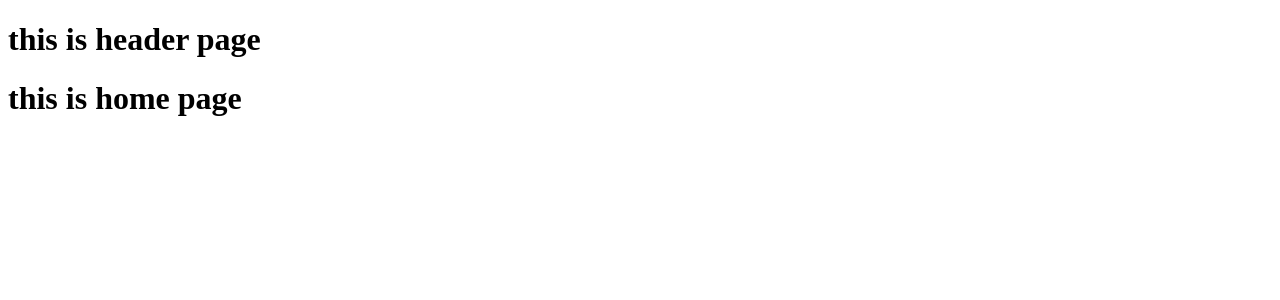
Repository: mdrubel02/CarPlayground-client-site
Page: /
An editor plug-in stored every save of this project. The page is shown before and after the next save, followed by the edit.
The browser window is 1280 px wide. The pictures show the whole page.
The project was rebuilt for these pictures with package versions that can differ from the ones it lists, and the page was loaded fresh each time. Also part of the build but not shown: vite.config.js.

Above is the page before, as saved 2023-05-19 10:39:48.

### src/main.jsx
import React from 'react'
import ReactDOM from 'react-dom/client'
import { ToastContainer, toast } from 'react-toastify';
import 'react-toastify/dist/ReactToastify.css';
import { RouterProvider } from 'react-router-dom';
import router from './Layout/Route/router';

ReactDOM.createRoot(document.getElementById('root')).render(
  <React.StrictMode>
     <ToastContainer position='top-center'/>
   <RouterProvider router={router}/>
  </React.StrictMode>,
)

### src/Layout/Route/router.jsx
import { createBrowserRouter } from "react-router-dom";
import Main from "../Main";
import Home from "../../Pages/Home/Home";



const router = createBrowserRouter([{
    path: '/',
    element: <Main />,
    children: [
        {path: '/',element:<Home/>},
        {path: '/home',element:<Home/>},
    ]
}]);
export default router;

### src/Layout/Main.jsx
import React from 'react';
import Header from '../Shared/Header/Header';
import { Outlet } from 'react-router-dom';

const Main = () => {
    return (
        <div>
           <Header />
           <Outlet />
        </div>
    );
};

export default Main;

### src/Pages/Home/Home.jsx
import React from 'react';

const Home = () => {
    return (
        <div>
            <h1>this is home page</h1>
        </div>
    );
};

export default Home;

### src/Shared/Header/Header.jsx
import React from 'react';

const Header = () => {
    return (
        <div>
            <h1>this is header page</h1>
        </div>
    );
};

export default Header;

Loaded but not shown: index.html (common file)

After the next save:
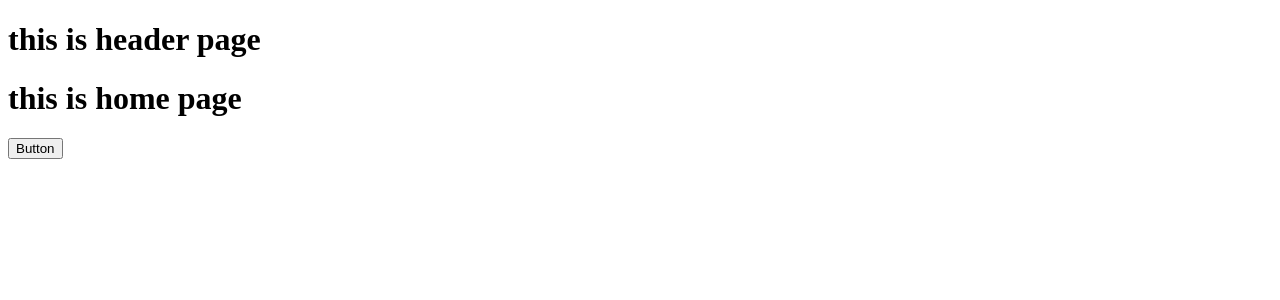
Saved 2 min 29 s later.
--- a/src/Pages/Home/Home.jsx
+++ b/src/Pages/Home/Home.jsx
@@ -4,6 +4,7 @@ const Home = () => {
     return (
         <div>
             <h1>this is home page</h1>
+            <button class="btn">Button</button>
         </div>
     );
 };
